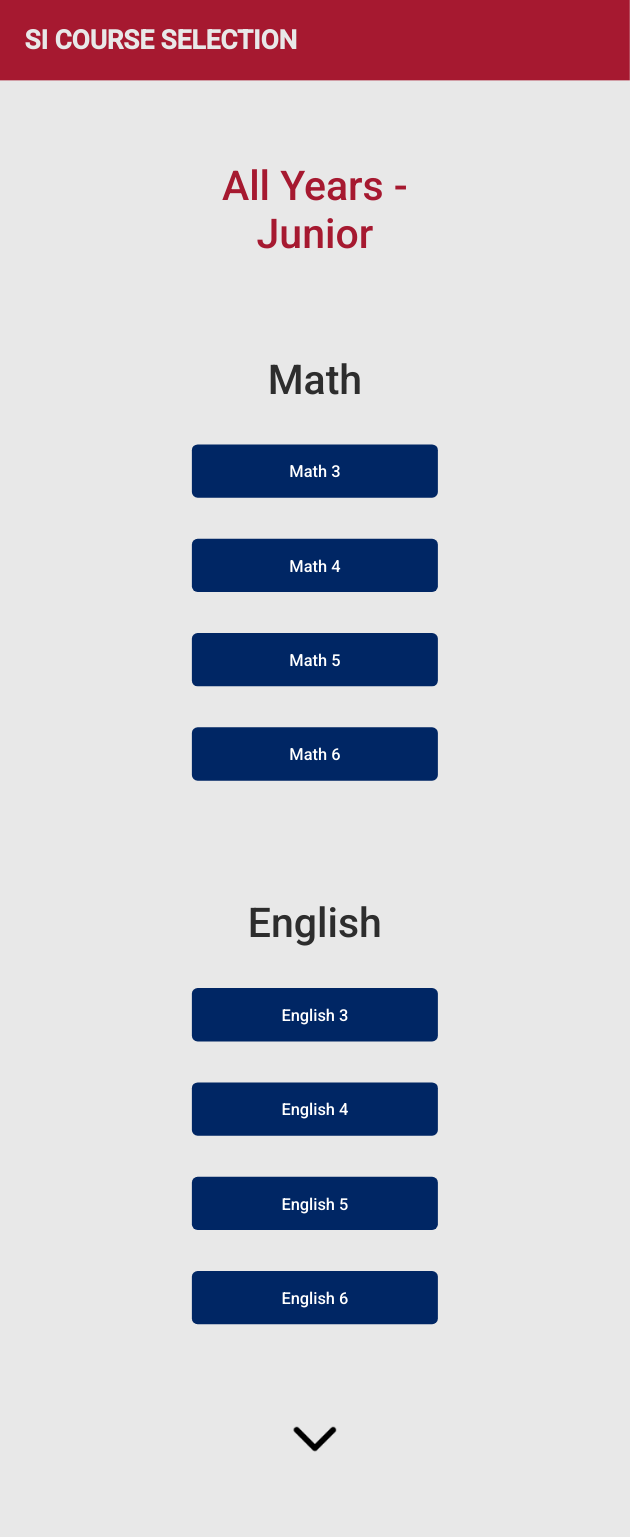
Repository: BuddyBob/si_course_selection
Page: /#/yearFour
An editor plug-in stored every save of this project. The page is shown before and after the next save, followed by the edit.
The browser window is 768 px wide. The pictures show the whole page, at 82% of full size.
The project was rebuilt for these pictures with package versions that can differ from the ones it lists, and the page was loaded fresh each time. Also part of the build but not shown: src/components/CurrentYear.js, src/getLocalStorage.js, src/Home.js, src/components/AllYears/YearOne.js, src/components/AllYears/YearThree.js, src/components/AllYears/YearTwo.js.

Above is the page before, as saved 2023-01-04 09:50:12.

After the next save:
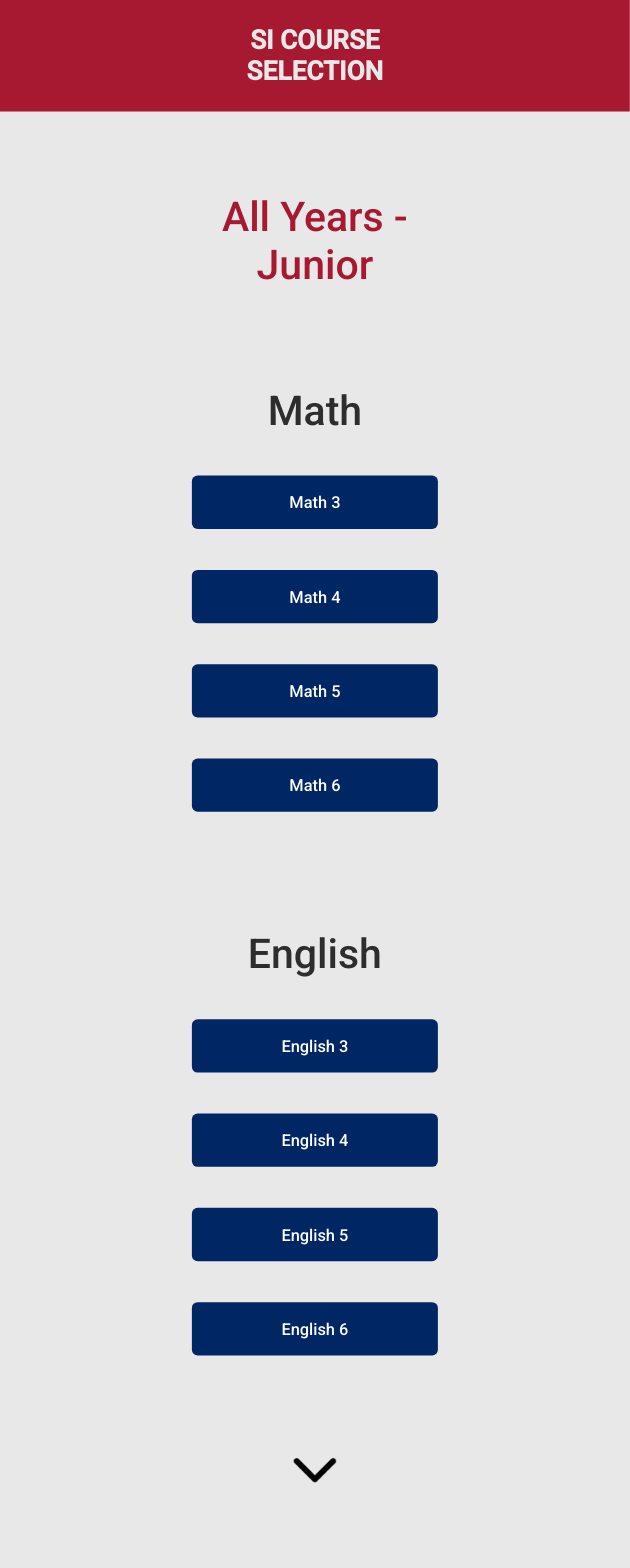
Saved 88 s later.
--- a/src/components/courseSelection.css
+++ b/src/components/courseSelection.css
@@ -35,6 +35,13 @@
 @media screen and (max-width: 900px) {
   .titleCourseSelect{
     font-size: 50px;
+  }
+  .navCourseSelect{
+    /* center text */
+    margin: auto;
+    width: 40%;
+    text-align: center;
+
   }
 }
 

After the save that followed:
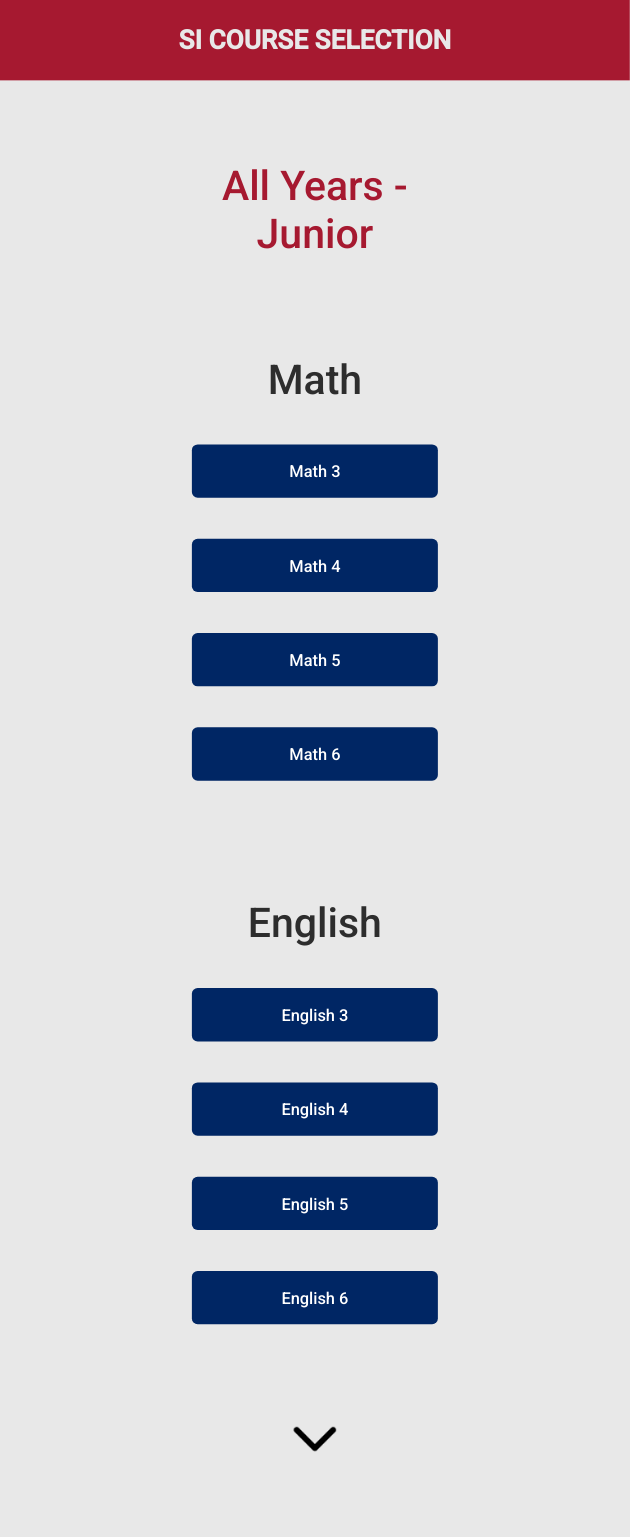
Saved 7 s later.
--- a/src/components/courseSelection.css
+++ b/src/components/courseSelection.css
@@ -39,7 +39,7 @@
   .navCourseSelect{
     /* center text */
     margin: auto;
-    width: 40%;
+    width: 80%;
     text-align: center;
 
   }
